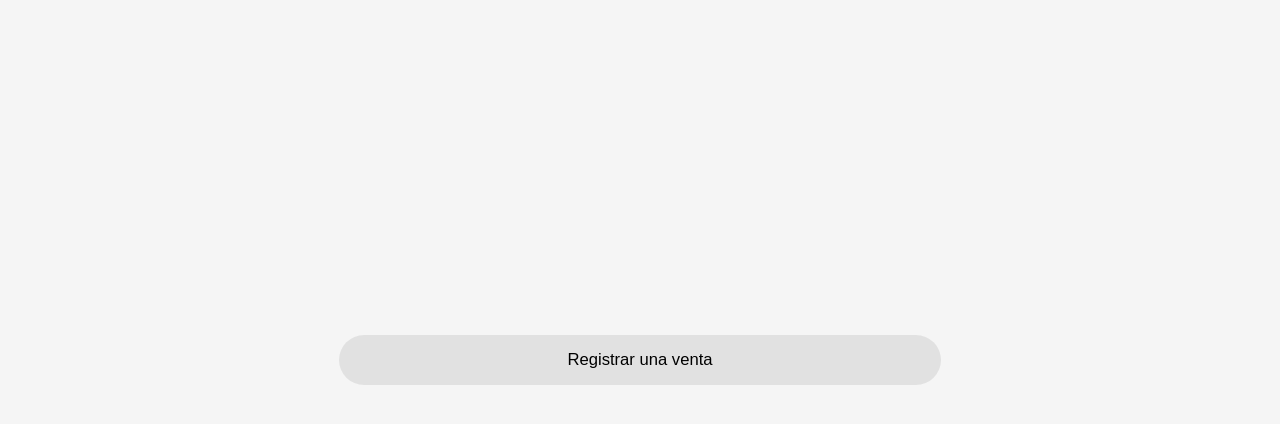
Repository: aCoupon0/intranet
Page: index.html
An editor plug-in stored every save of this project. The page is shown before and after the next save, followed by the edit.
The browser window is 1280 px wide. The pictures show the whole page.

Above is the page before, as saved 2024-11-29 11:46:27.

### index.html
<!DOCTYPE html>
<html lang="es">
<head>
    <meta charset="UTF-8">
    <meta name="viewport" content="width=device-width, initial-scale=1.0">
    <title>Hola Mundo</title>
    <link rel="stylesheet" href="main.css">
</head>
<body>
    <button class="venta">Registrar una venta</button>
</body>
</html>

### main.css
/* main.css */
body {
    font-family: 'Roboto', system-ui, -apple-system, BlinkMacSystemFont, 'Segoe UI', sans-serif;
    margin: 0;
    padding: 0;
    display: flex;
    justify-content: center;
    align-items: center;
    height: 100vh;
    background-color: #f5f5f5;
    color: #333;
}
h1 {
    font-size: 2rem;
}

button {
    width: 47%;
    height: 7vh;
    background-color: rgba(0, 0, 0, 0.082);
    border: none;
    border-radius: 10vw;
    font-size: 1.3vw;
}

button:hover {
    background-color: rgba(0, 0, 0, 0.48);
    color: white;
}

After the next save:
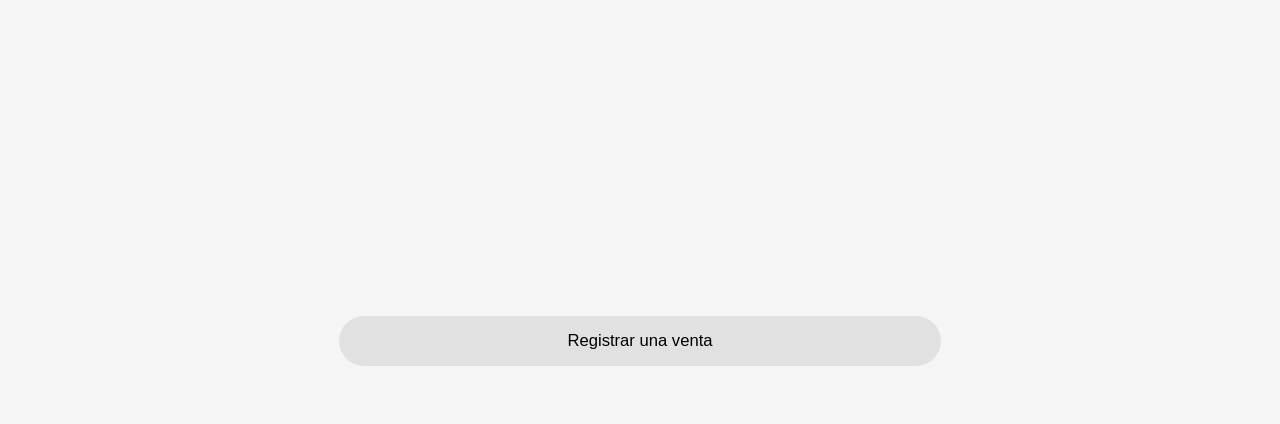
Saved 24 s later.
--- a/main.css
+++ b/main.css
@@ -21,6 +21,7 @@ button {
     border: none;
     border-radius: 10vw;
     font-size: 1.3vw;
+    margin-bottom: 3vw;
 }
 
 button:hover {

After the save that followed:
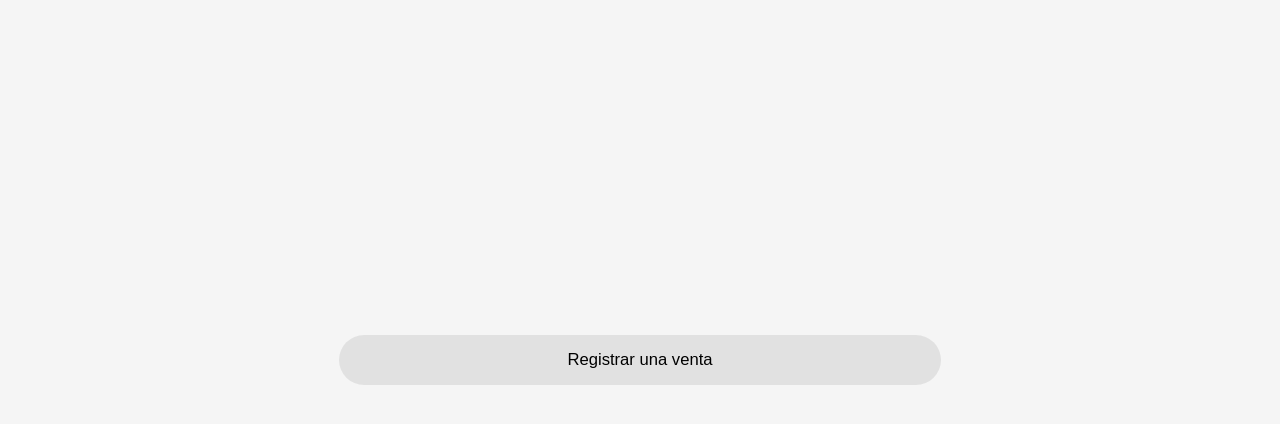
Saved 6 s later.
--- a/main.css
+++ b/main.css
@@ -21,7 +21,6 @@ button {
     border: none;
     border-radius: 10vw;
     font-size: 1.3vw;
-    margin-bottom: 3vw;
 }
 
 button:hover {
